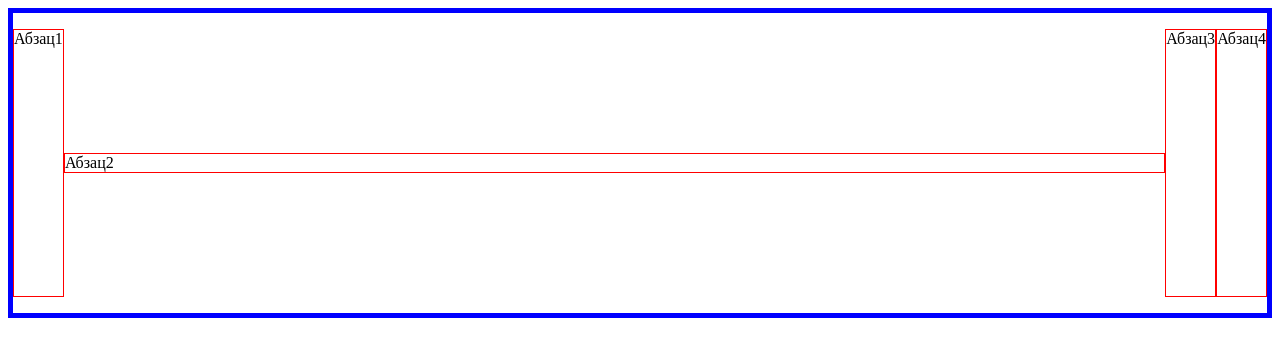
Repository: IrinaGetmanenko/week5
Page: week5/index.html
The author's editor kept a copy of each file at every save. The page is drawn from the files as they stood at one save, then again after the next save.
The browser window is 1280 px wide. The pictures show the whole page.

Above is the page before, as saved 2022-08-26 17:29:33.

After the next save:
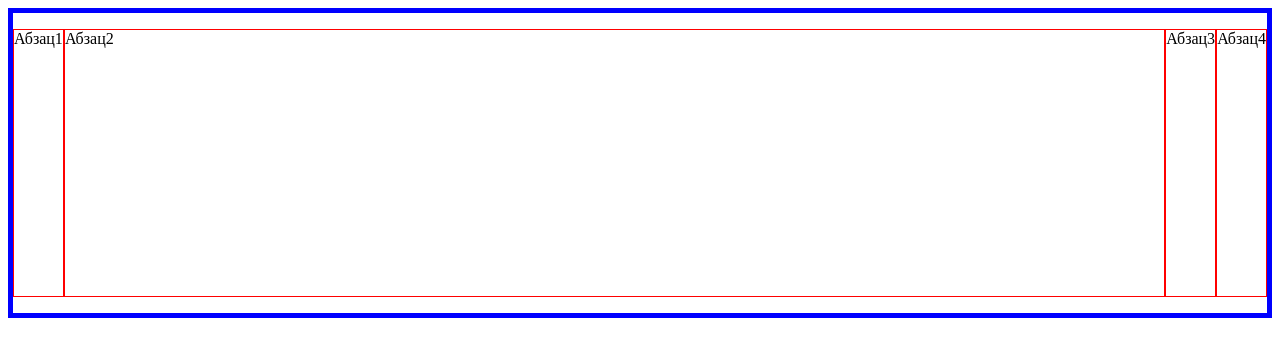
Saved 22 s later.
--- a/week5/index.html
+++ b/week5/index.html
@@ -17,7 +17,7 @@
 
         }
         .flexp_s{
-            align-self:center;
+            justify-content: center;
             flex-grow: 1;
 
         }
